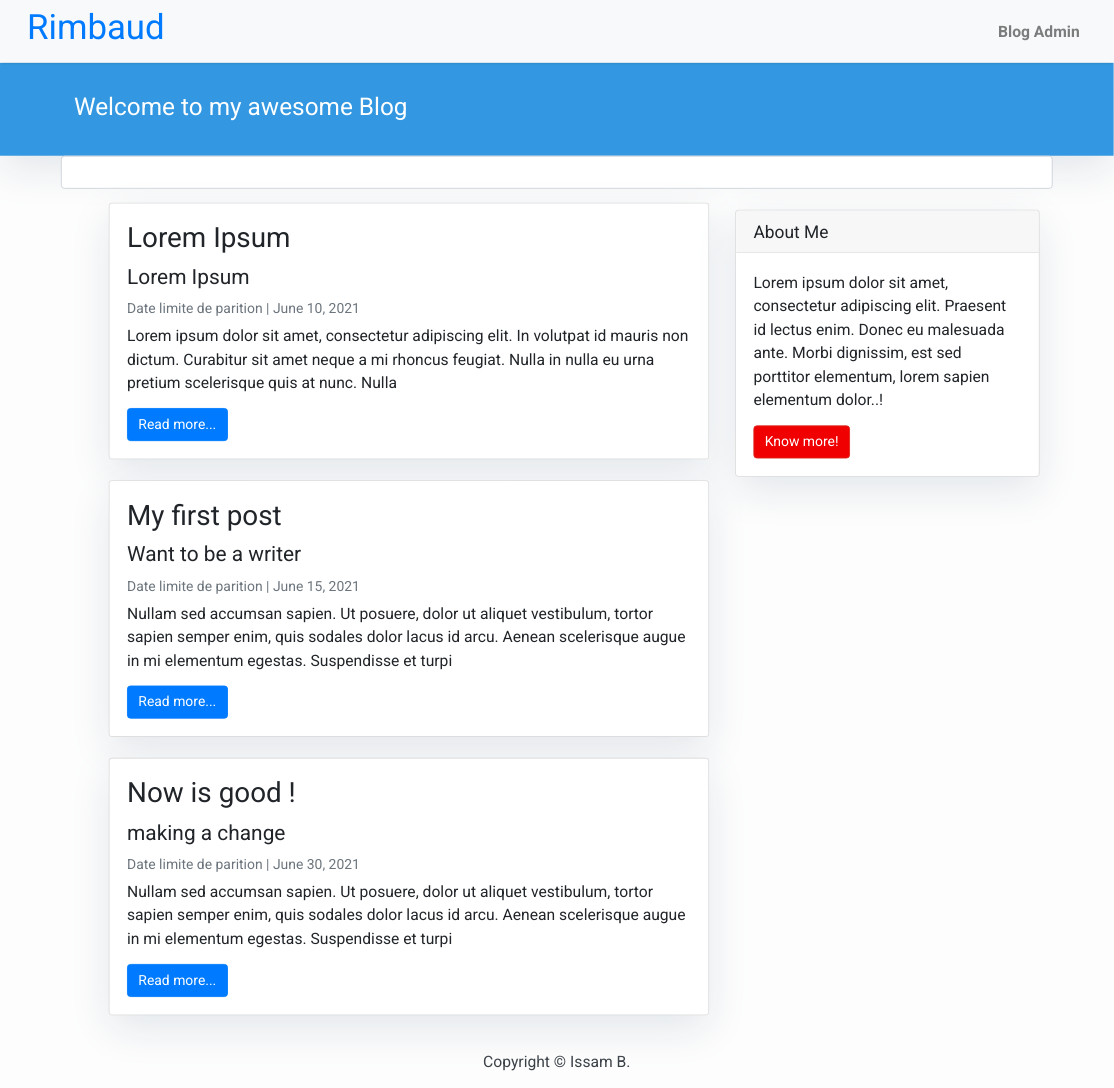
Repository: IssamBouzidi/rimbaud
Page: http://localhost/
An editor plug-in stored every save of this project. The page is shown before and after the next save, followed by the edit.
The browser window is 1280 px wide. The pictures show the whole page, at 87% of full size.
The page is served by the project's application, run on Django 3.2 (manage.py). Other server files are loaded and not shown. The page reads the database file committed with the project.

Above is the page before, as saved 2021-06-04 01:22:14.

### blog/templates/index.html
{% extends "base.html" %}
{% block content %}
<style>
    body {
        font-family: "Roboto", sans-serif;
        font-size: 18px;
        background-color: #fdfdfd;
    }

    .head_text {
        color: white;
    }

    .card {
        box-shadow: 0 16px 48px #E3E7EB;
    }

    #id_radio:checked~.title_box {
        display: none;
    }

    #title_radio:checked~.id_box {
        display: none;
    }
</style>
<header class="masthead">
    <div class="overlay"></div>
    <div class="container">
        <div class="row">
            <div class=" col-md-8 col-md-10">
                <div class="site-heading">
                    <h3 class=" site-heading my-4 mt-3 text-white"> Welcome to my awesome Blog </h3>
                    </p>
                </div>
            </div>
        </div>
    </div>
</header>
<div class="container">
    <!-- <span class="title_box">Rechercher par titre: </span> -->
    <!-- <input type="text" id="title_box" class="title_box search_box"> -->
    <div class="row">
        <!-- Blog Entries Column -->
        <input type="text" class="form-control title_box search_box" id="title_box" aria-describedby="emailHelp">
        <div id="articles_block" class="col-md-8 mt-3 left">
            {% include "detail_article.html" %}
        </div>
        {% block sidebar %} {% include 'sidebar.html' %} {% endblock sidebar %}
    </div>
</div>
<script type="text/javascript">
    const search_boxes = document.getElementsByClassName('search_box')
    const block_list = document.getElementById('articles_block')
    console.log('pass');
    const inputHandler = function (e) {
        console.log('function');
        value = document.getElementById("title_box").value;

        console.log('value: ' + value)
        request = new Request(
            '/search_article/' + value
        );

        fetch(request)
            .then(res => {
                if (res.ok) {
                    console.log('ok')
                    return res.text();
                } else {
                    console.log('error')
                    return Promise.reject(res.status);
                }
            })
            .then(res => block_list.innerHTML = res)
            .catch(err => console.log(`Erreur avec le message : ${err}`));
    }

    Array.prototype.forEach.call(search_boxes, function (search_box) { search_box.addEventListener('input', inputHandler) });

</script>
{%endblock%}

### blog/templates/base.html
<!DOCTYPE html>
<html>

    <head>
        <title>Django Central</title>
        <link href="https://fonts.googleapis.com/css?family=Roboto:400,700" rel="stylesheet">
        <meta name="google" content="notranslate" />
        <meta name="viewport" content="width=device-width, initial-scale=1" />
        <link rel="stylesheet" href="https://maxcdn.bootstrapcdn.com/bootstrap/4.0.0/css/bootstrap.min.css" integrity="sha384-Gn5384xqQ1aoWXA+058RXPxPg6fy4IWvTNh0E263XmFcJlSAwiGgFAW/dAiS6JXm"
            crossorigin="anonymous" />
    </head>

    <body>
        <style>
            body {
            font-family: "Roboto", sans-serif;
            font-size: 17px;
            background-color: #fdfdfd;
        }
        .shadow {
            box-shadow: 0 4px 2px -2px rgba(0, 0, 0, 0.1);
        }
        .btn-danger {
            color: #fff;
            background-color: #f00000;
            border-color: #dc281e;
        }
        .masthead {
            background: #3398E1;
            height: auto;
            padding-bottom: 15px;
            box-shadow: 0 16px 48px #E3E7EB;
            padding-top: 10px;
        }
    </style>

    <!-- {% block title %}{% if subtitle %}{{ subtitle }} | {% endif %}{{ title }} | {{ site_title|default:_('Django site admin') }}{% endblock %} -->
        <!-- Navigation -->
        <nav class="navbar navbar-expand-lg navbar-light bg-light shadow" id="mainNav">
            <div class="container-fluid">
                {% block branding %}
                    <h1 id="site-name"><a href="#">Rimbaud</a></h1>
                {% endblock %}
                <button class="navbar-toggler navbar-toggler-right" type="button" data-toggle="collapse" data-target="#navbarResponsive"
                    aria-controls="navbarResponsive" aria-expanded="false" aria-label="Toggle navigation">
                    <span class="navbar-toggler-icon"></span>
                </button>
                <div class="collapse navbar-collapse" id="navbarResponsive">
                    <ul class="navbar-nav ml-auto">
                        <li class="nav-item text-black">
                            <a class="nav-link text-black font-weight-bold" href="{% url 'admin:index' %}">
                                {{ site_title|default:_('Blog Admin') }}
                            </a>
                        </li>
                    </ul>
                </div>
            </div>
        </nav>
        {% block content %}
        <!-- Content Goes here -->
        {% endblock content %}
        <!-- Footer -->
        <footer class="py-3 bg-grey">
            <p class="m-0 text-dark text-center ">Copyright &copy; Issam B.</p>
        </footer>
    </body>
</html>

### blog/templates/detail_article.html
<ul>
    {% for article in articles %}
    <div class="card mb-4">
        <div class="card-body">
            <h2 class="card-title">{{ article.title }}</h2>
            <h4 class="card-title">{{ article.description }}</h4>
            <p class="card-text text-muted h6">Date limite de parition | {{ article.visibility_date_limit}} </p>
            <p class="card-text">{{article.article|slice:":200" }}</p>
            <a href="/article/{{ article.id }}" class="btn btn-primary">Read more...</a>
        </div>
    </div>
    {% endfor %}
</ul>

### blog/templates/sidebar.html
{% block sidebar %}

<style>
        .card{
            box-shadow: 0 16px 48px #E3E7EB;
        }

</style>

<!-- Sidebar Widgets Column -->
<div class="col-md-4 float-right ">
<div class="card my-4">
        <h5 class="card-header">About Me</h5>
    <div class="card-body">
        <p class="card-text"> Lorem ipsum dolor sit amet, consectetur adipiscing elit. Praesent id lectus enim. Donec eu malesuada ante. Morbi dignissim, est sed porttitor elementum, lorem sapien elementum dolor..!</p>
        <a href="#" class="btn btn-danger">Know more!</a>
    </div>
</div>
</div>

{% endblock sidebar %}

### blog/models.py
from django.db import models


class Article(models.Model):
    title = models.CharField("Titre", max_length=25)
    description = models.CharField("Déscription", max_length=50)
    article = models.TextField("Article", max_length=1000)
    visibility_date_limit = models.DateField("Date limite de parution")
    visible_only_by_admin = models.BooleanField("Article visible par l'administrateur uniquement", default=True)

### blog/views.py
from django.shortcuts import render
from django.http import HttpResponse
from blog.models import Article
from django.db.models.query import QuerySet
import datetime


def get_all(request):
    query = __find_articles_query(request.user.is_superuser)
    articles_list = {"articles": query}
#    return render(request, "all.html", articles_list)
    return render(request, "index.html", articles_list)



def get_article(request, id: str):
    print(f'id: {id.__class__.__name__}')
    query = (__find_articles_query(request.user.is_superuser).filter(id=id).first())
    article = {"article": query}
    return render(request, "article.html", article)


def search_article(request, title: str = None):
    if title is None:
        query = __find_articles_query(request.user.is_superuser)
    else:
        query = __find_articles_query(request.user.is_superuser).filter(
            title__icontains=title
        )

    articles_list = {"articles": query}
    return render(request, "detail_article.html", articles_list)


def __find_articles_query(is_admin: bool = False) -> QuerySet:
    articles = Article.objects.exclude(
        visibility_date_limit__lt=datetime.datetime.now(),
    ).order_by("id")

    if not is_admin:
        articles = articles.exclude(
            visible_only_by_admin=True,
        )

    return articles

### rimbaud/urls.py
"""rimbaud URL Configuration

The `urlpatterns` list routes URLs to views. For more information please see:
    https://docs.djangoproject.com/en/3.1/topics/http/urls/
Examples:
Function views
    1. Add an import:  from my_app import views
    2. Add a URL to urlpatterns:  path('', views.home, name='home')
Class-based views
    1. Add an import:  from other_app.views import Home
    2. Add a URL to urlpatterns:  path('', Home.as_view(), name='home')
Including another URLconf
    1. Import the include() function: from django.urls import include, path
    2. Add a URL to urlpatterns:  path('blog/', include('blog.urls'))
"""
from django.contrib import admin
from django.urls import include, path

urlpatterns = [
    path('admin/', admin.site.urls),
    path('', include('blog.urls'))
]

### blog/urls.py
from django.urls import path

from . import views

urlpatterns = [
    path("", views.get_all),
    path("article/<str:id>", views.get_article),
    path("search_article/", views.search_article),
    path("search_article/<str:title>", views.search_article)
]

### db.sqlite3 (the tables this page reads, as SQL)
CREATE TABLE "blog_article" ("id" integer NOT NULL PRIMARY KEY AUTOINCREMENT, "title" varchar(25) NOT NULL, "description" varchar(50) NOT NULL, "article" text NOT NULL, "visible_only_by_admin" bool NOT NULL, "visibility_date_limit" date NOT NULL);
INSERT INTO "blog_article" VALUES
(1, 'Lorem Ipsum', 'Lorem Ipsum', 'Lorem ipsum dolor sit amet, consectetur adipiscing elit. In volutpat id mauris non dictum. Curabitur sit amet neque a mi rhoncus feugiat. Nulla in nulla eu urna pretium scelerisque quis at nunc. Nulla leo purus, blandit a porta in, auctor ac ante. Praesent suscipit turpis volutpat velit suscipit maximus. Donec eget tincidunt lacus, sed ultrices diam. Vestibulum tellus nisl, pellentesque suscipit ornare rhoncus, accumsan eu elit. Aliquam erat volutpat. Vivamus dictum nibh ut sem molestie, et maximus sapien vestibulum. Pellentesque faucibus porta leo.

Vivamus feugiat enim dui, id ultricies dui vulputate et. Nam vulputate erat nisi, sed interdum nibh convallis ut. Morbi vitae quam quis mi mollis luctus ut in arcu. Nam vel enim ac mauris pulvinar dignissim quis at augue. Phasellus in nisi justo. Maecenas condimentum efficitur justo vel ultricies. Vivamus commodo, arcu non cursus congue, nisi magna ultricies magna, vel consequat tortor leo vel nunc.', 0, '2021-06-10'),
(2, 'My first post', 'Want to be a writer', 'Nullam sed accumsan sapien. Ut posuere, dolor ut aliquet vestibulum, tortor sapien semper enim, quis sodales dolor lacus id arcu. Aenean scelerisque augue in mi elementum egestas. Suspendisse et turpis et nibh pretium ultricies venenatis nec urna. Mauris eget congue enim. Nulla condimentum ex quis suscipit gravida. Praesent tristique massa ac dignissim commodo. Fusce purus tellus, mattis nec bibendum nec, maximus sed risus. Morbi consequat pellentesque erat et blandit. Interdum et malesuada fames ac ante ipsum primis in faucibus. Donec imperdiet nisl sit amet nibh ornare, dapibus sodales ligula finibus. Curabitur sagittis faucibus tempus. In ante nulla, aliquam bibendum quam eget, accumsan semper urna.

Sed euismod libero ut fermentum finibus. Donec vulputate varius tortor, id dapibus ex rutrum sed. Vestibulum sed odio lacus. Integer commodo lacus vel ex congue rhoncus in non erat. Maecenas efficitur interdum tincidunt. Vivamus semper, leo at lacinia sodales, sapien tortor egestas', 0, '2021-06-15'),
(3, 'Now is good !', 'making a change', 'Nullam sed accumsan sapien. Ut posuere, dolor ut aliquet vestibulum, tortor sapien semper enim, quis sodales dolor lacus id arcu. Aenean scelerisque augue in mi elementum egestas. Suspendisse et turpis et nibh pretium ultricies venenatis nec urna. Mauris eget congue enim. Nulla condimentum ex quis suscipit gravida. Praesent tristique massa ac dignissim commodo. Fusce purus tellus, mattis nec bibendum nec, maximus sed risus. Morbi consequat pellentesque erat et blandit. Interdum et malesuada fames ac ante ipsum primis in faucibus. Donec imperdiet nisl sit amet nibh ornare, dapibus sodales ligula finibus. Curabitur sagittis faucibus tempus. In ante nulla, aliquam bibendum quam eget, accumsan semper urna.

Sed euismod libero ut fermentum finibus. Donec vulputate varius tortor, id dapibus ex rutrum sed. Vestibulum sed odio lacus. Integer commodo lacus vel ex congue rhoncus in non erat. Maecenas efficitur interdum tincidunt. Vivamus semper, leo at lacinia sodales, sapien tortor egestas', 0, '2021-06-30');

After the next save:
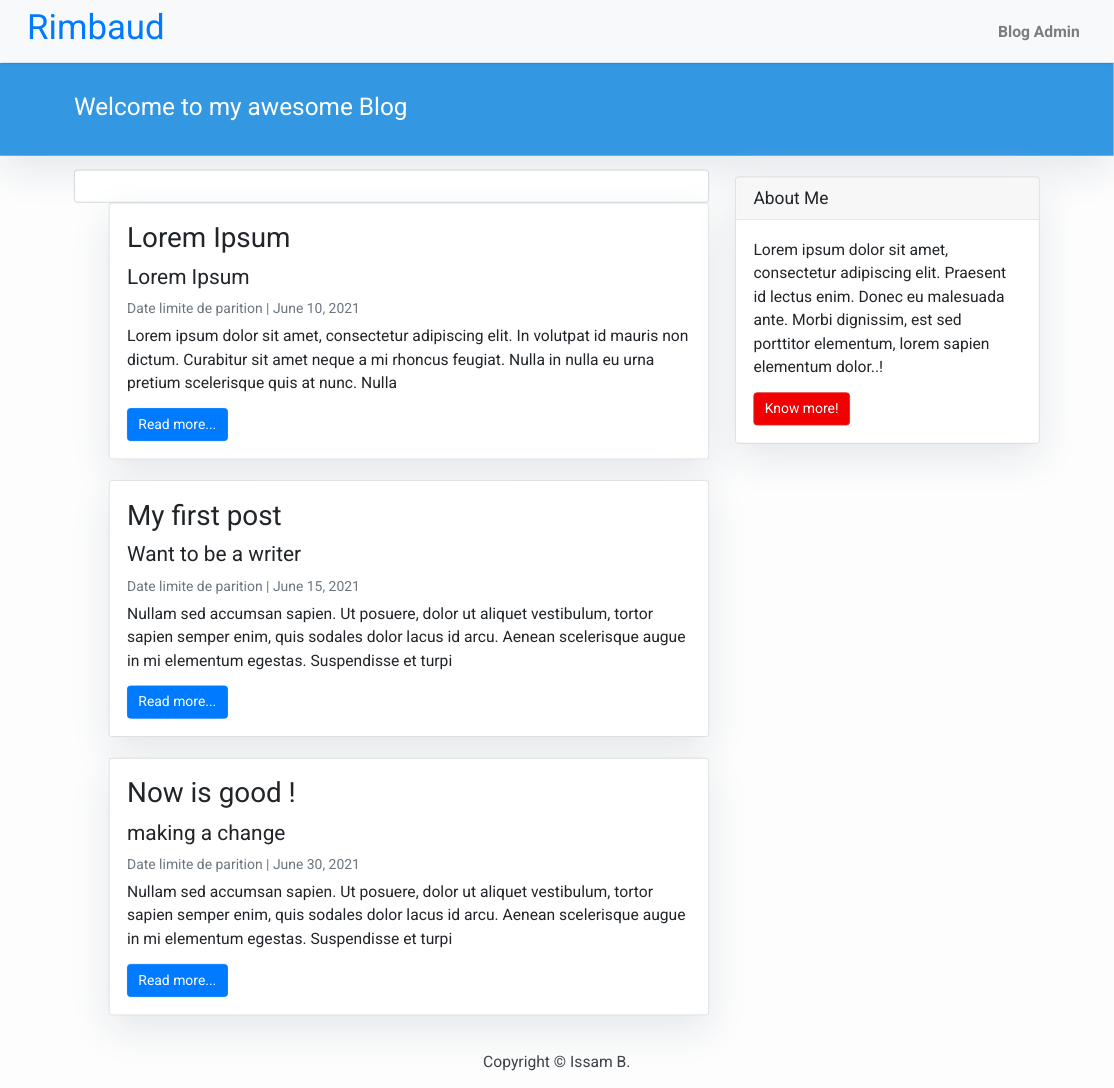
Saved 47 s later.
--- a/blog/templates/index.html
+++ b/blog/templates/index.html
@@ -41,9 +41,11 @@
     <!-- <input type="text" id="title_box" class="title_box search_box"> -->
     <div class="row">
         <!-- Blog Entries Column -->
-        <input type="text" class="form-control title_box search_box" id="title_box" aria-describedby="emailHelp">
-        <div id="articles_block" class="col-md-8 mt-3 left">
-            {% include "detail_article.html" %}
+        <div class="col-md-8 mt-3 left">
+            <input type="text" class="form-control title_box search_box" id="title_box" aria-describedby="emailHelp">
+            <div id="articles_block">
+                {% include "detail_article.html" %}
+            </div>
         </div>
         {% block sidebar %} {% include 'sidebar.html' %} {% endblock sidebar %}
     </div>
